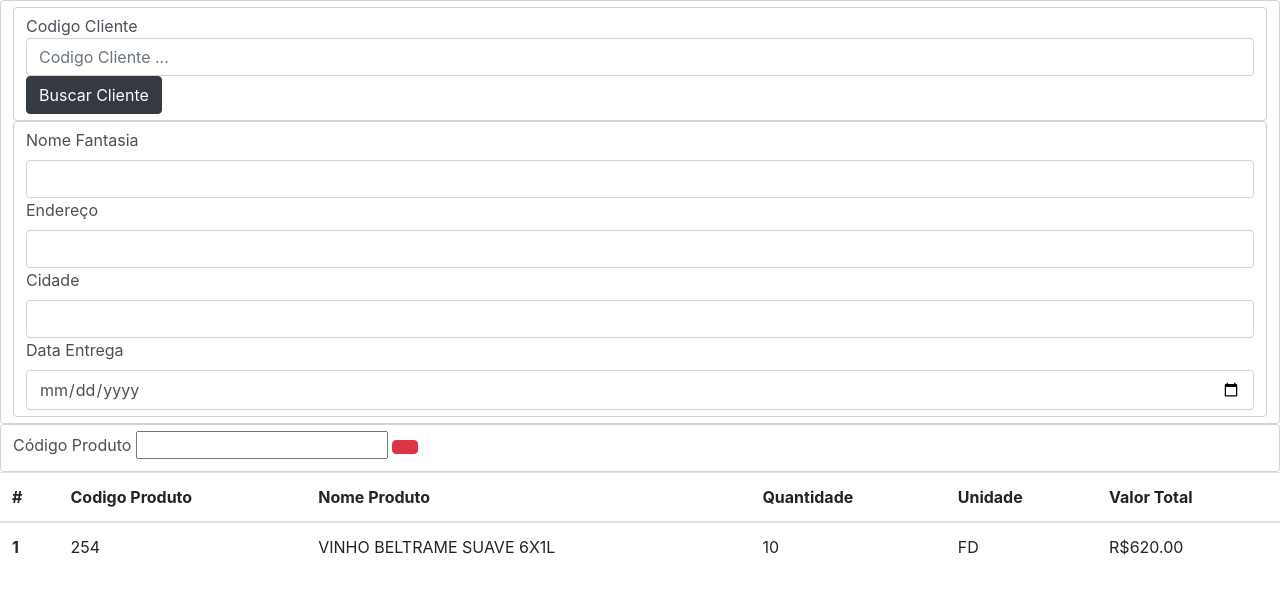
Repository: RobertoAntunes35/controle-estoque
Page: backend/templates/paginaGeracaoPedidos.html
The author's editor kept a copy of each file at every save. The page is drawn from the files as they stood at one save, then again after the next save.
The browser window is 1280 px wide. The pictures show the whole page.
Some web libraries are served in a nearby version. The template is drawn by Flask 3. The application's start-up code is not run. Other server files are loaded and not shown. The template is opened directly, without the code that normally fills it, so the values that code supplies are empty.

Above is the page before, as saved 2023-06-06 10:44:30.

### backend/templates/paginaGeracaoPedidos.html
{% extends "index.html" %}

{% block title %} Geração Pedidos {% endblock %}

{% block content %}
<div class="content-geracao-pedido">
        <form action="">
            <div class="data-clientes form-control">
                <div class="buscar form-control">
                    <label class="form-check-label" for="">Codigo Cliente</label>
                    <input class="form-control" type="text" name="codigoCliente" id="codigoCliente" placeholder="Codigo Cliente ...">
                    <a href="#" class="btn btn-dark">Buscar Cliente</a>
                </div>

                <div class="datas-cliente form-control">
                    <label for="">Nome Fantasia</label>
                    <input class="form-control" type="text" name="nomeFantasia" id="nomeFantasia">

                    <label for="">Endereço</label>
                    <input class="form-control" type="text" name="enderecoCliente" id="enderecoCliente">

                    <label for="">Cidade</label>
                    <input class="form-control" type="text" name="cidadeCliente" id="cidadeCliente">

                    <label for="">Data Entrega</label>
                    <input class="form-control" type="date" name="dataEntrega" id="dataEntrega">
                </div>
            </div>
            <div class="produtos">
                <div class="busca-produtos form-control">
                    <label for="">Código Produto</label>
                    <input type="text" name="codigoProduto" id="codigoProduto">
                    <button class="btn btn-danger" id="btnBuscaProduto" name="btnBuscaProduto"></button>
                </div>

                <table class="table">
                    <thead>
                        <tr>
                            <th scope="col">#</th>
                            <th scope="col">Codigo Produto</th>
                            <th scope="col">Nome Produto</th>
                            <th scope="col">Quantidade</th>
                            <th scope="col">Unidade</th>
                            <th scope="col">Valor Total</th>
                        </tr>
                    </thead>

                    <tbody>
                        <tr>
                            <th scope="row">1</th>
                            <td>254</td>
                            <td>VINHO BELTRAME SUAVE 6X1L</td>
                            <td>10</td>
                            <td>FD</td>
                            <td>R$620.00</td>
                        </tr>
                    </tbody>

                </table>

            </div>

        </form>
    </div>

{% endblock %}

### backend/templates/index.html
<!DOCTYPE html>
<html lang="en">

{% block head %}
<head>
    <meta charset="UTF-8">
    <meta http-equiv="X-UA-Compatible" content="IE=edge">
    <meta name="viewport" content="width=device-width, initial-scale=1.0">
    <title>{% block title %} {% endblock %}</title>

    <script src="https://ajax.googleapis.com/ajax/libs/jquery/3.5.1/jquery.min.js"></script>
    <!-- CSS INTERNO -->
    <link rel="stylesheet" href="{{ url_for('static', filename='css/globalStyle.css') }}">

    <!-- FONTE -->

    <!-- BOOTSTRAP -->
    <link rel="stylesheet" href="https://maxcdn.bootstrapcdn.com/bootstrap/4.0.0/css/bootstrap.min.css">
    <script src="https://maxcdn.bootstrapcdn.com/bootstrap/4.0.0/js/bootstrap.min.js"></script>
    <script src="https://cdnjs.cloudflare.com/ajax/libs/popper.js/1.12.9/umd/popper.min.js"></script>

    <!-- SCRIPT INTERNO -->
    <script src="{{ url_for('static' , filename='js/script.js') }}"></script>

    <!-- SCRIPTS AUXILIARES -->

</head>
{% endblock %}

<body>
   <div class="content">
    {% block content %} {% endblock %}
    </div>

</body>
</html>

### backend/static/css/globalStyle.css
* {
    margin: 0 auto;
    padding: 0;
    box-sizing: border-box;
}

.div-formulario {
    border: 1px solid;
}

.container {
    display: flex;
    justify-content: left;
    align-items: center;
    width: 100vw;
    height: 100vh;

    /* border: 1px solid; */
}

.search-product{
    /* border: 1px solid; */
}
.values-find{
    /* border: 1px solid; */
}

.choices-values{
    /* border: 1px solid; */
}

### backend/static/js/script.js

$(document).ready(function() {
    $('#btnBuscar').click(function(event) {
        event.preventDefault();

        var inputValue = $('#codigo').val();
        console.log(inputValue);

    $.ajax({
        url: '/busca_produtos',
        type: 'POST',
        data: {codigoProduto: inputValue},
        success: function(date) {
            $('#descricao').val(date.updatedValue.descricao)
            $('#codigoFornecedor').val(date.updatedValue.codigoFornecedor)
            $('#unidade').val(date.updatedValue.unidade)
        }
    });
    });
});


function verificarEnter(event) {
    if(event.keyCode === 13) {
        event.preventDefault();

        var botao = document.getElementById("btnBuscar")
        botao.click();
    }
}

After the next save:
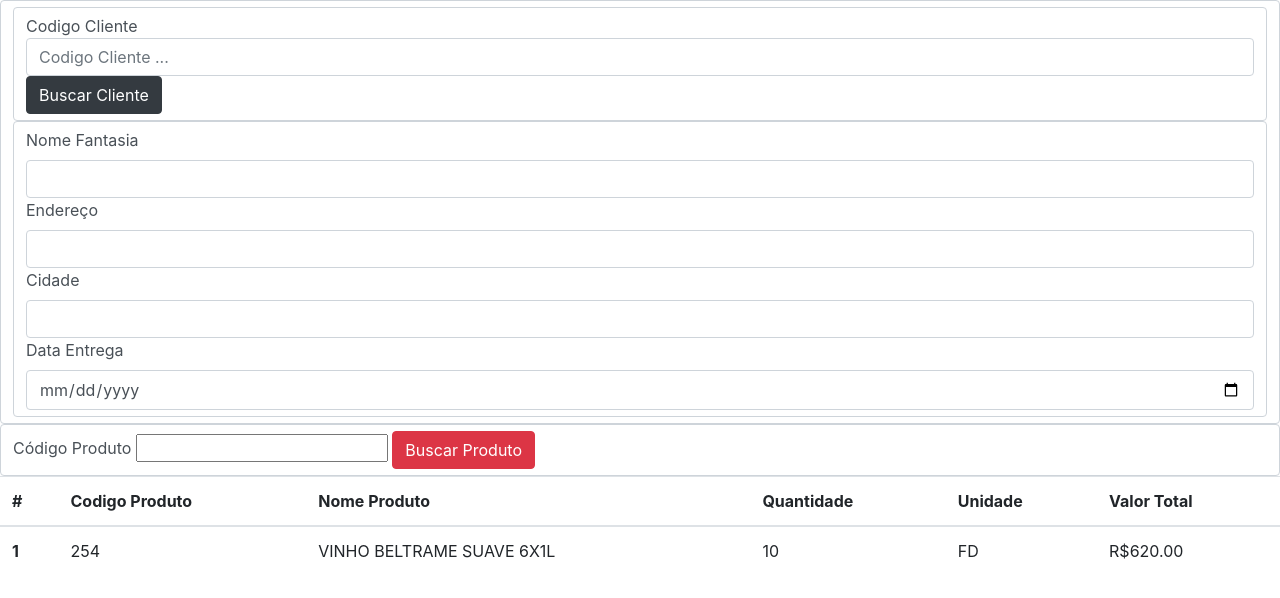
Saved 4 s later.
--- a/backend/templates/paginaGeracaoPedidos.html
+++ b/backend/templates/paginaGeracaoPedidos.html
@@ -30,7 +30,7 @@
                 <div class="busca-produtos form-control">
                     <label for="">Código Produto</label>
                     <input type="text" name="codigoProduto" id="codigoProduto">
-                    <button class="btn btn-danger" id="btnBuscaProduto" name="btnBuscaProduto"></button>
+                    <button class="btn btn-danger" id="btnBuscaProduto" name="btnBuscaProduto">Buscar Produto</button>
                 </div>
 
                 <table class="table">
